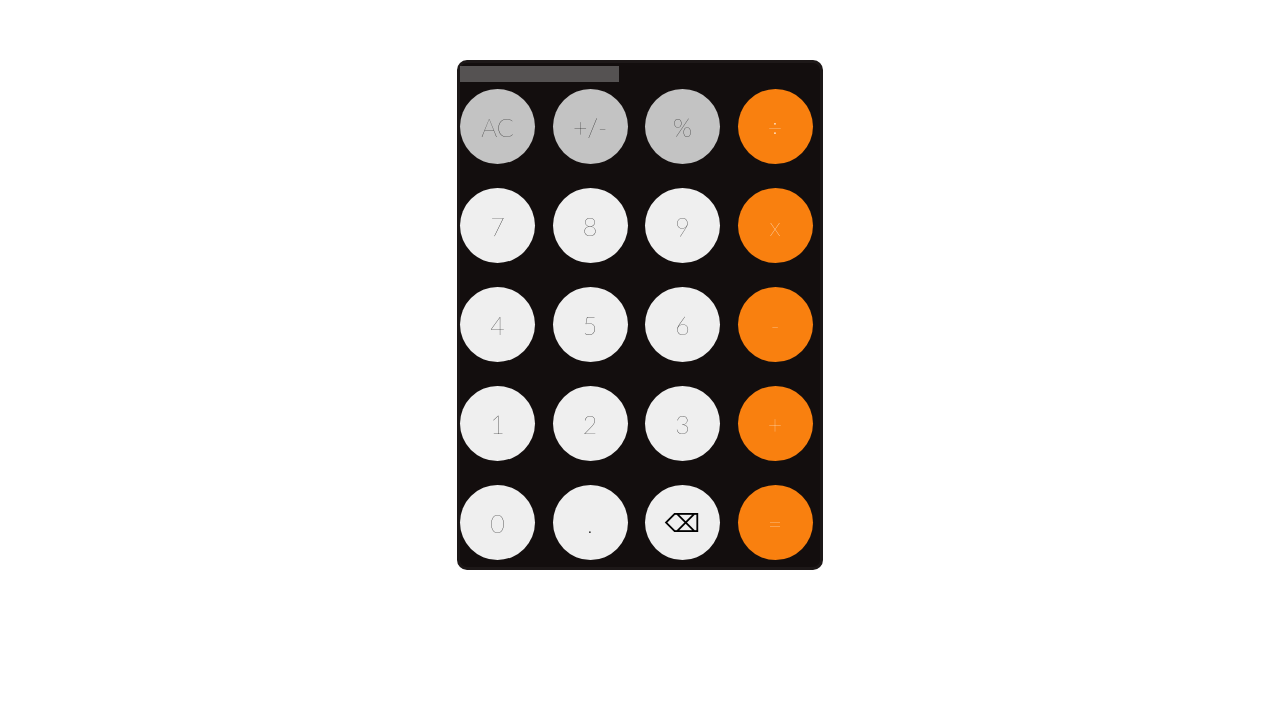
Repository: MhlengiNgubane/BrainnestJsTwo
Page: index.html
The author's editor kept a copy of each file at every save. The page is drawn from the files as they stood at one save, then again after a run of saves.
The browser window is 1280 px wide. The pictures show the whole page.

Above is the page before, as saved 2022-09-11 16:57:11.

After the next 2 saves:
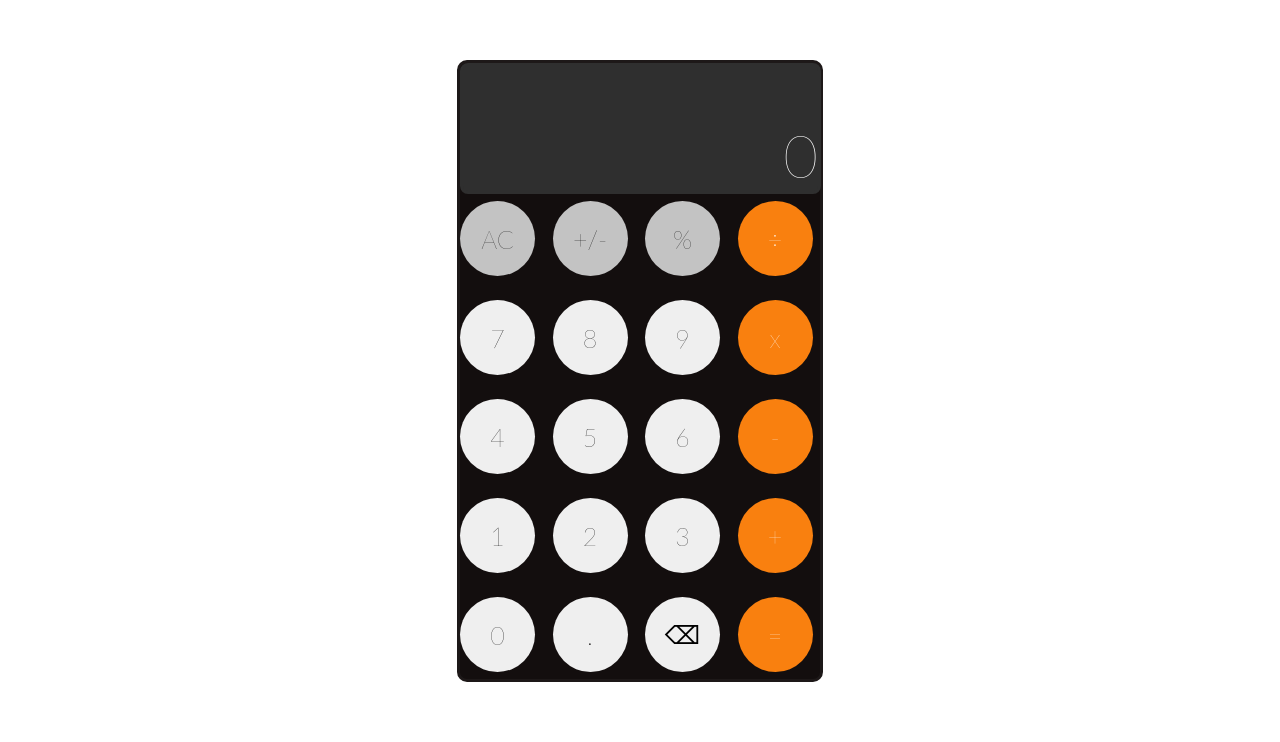
The 2 saves are shown as one change because they came seconds apart.
The last was saved 34 s later.
--- a/index.html
+++ b/index.html
@@ -10,7 +10,7 @@
 </head>
     <body>
         <div class = "calculator">
-            <input type="text" class="input" value="" disabled />
+            <div class = "display"><p>0</p></div>
             <div class = "buttons">
                 <button id = "AC" value="AC">AC</button>
                 <button id = "plus_minus" value="+/-">+/-</button>
